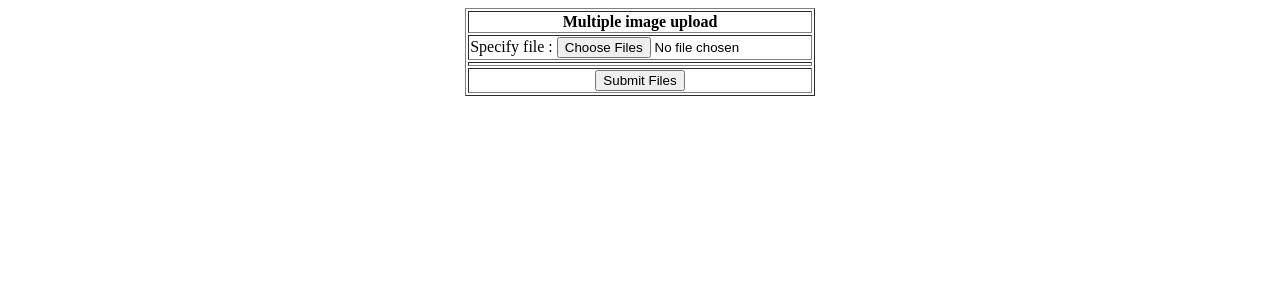
Repository: UnforgivenZZZ/bulldog
Page: http://localhost/bulldog/up.jsp
These files come from the project's save history. The page is drawn as it stood at one moment and after the next save; the edit follows.
The browser window is 1280 px wide. The pictures show the whole page.
The page is served by Tomcat 9.

Above is the page before, as saved 2017-07-18 04:04:28.

After the next save:
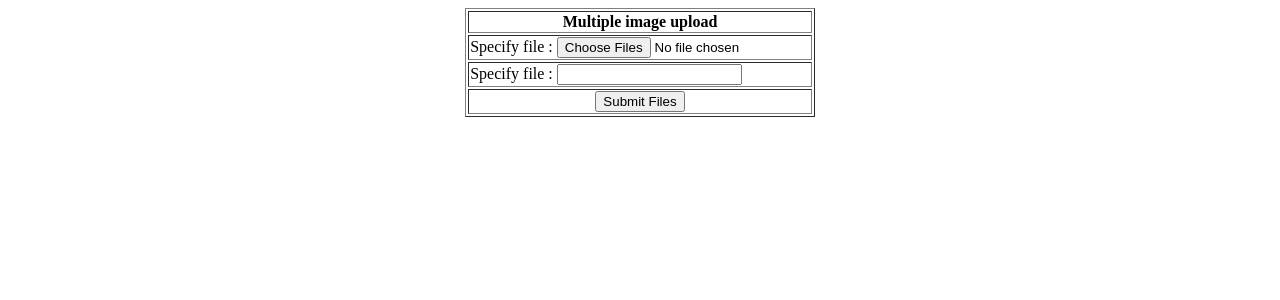
Saved 22 s later.
--- a/bulldog/WebContent/up.jsp
+++ b/bulldog/WebContent/up.jsp
@@ -20,8 +20,8 @@
 				</tr>
 				<tr>
 					<td>
-<!-- 						Specify file : <input name="coverfile" type="file" id="file">
- -->					</td>
+ 						Specify file : <input name="msg" type="text" id="file">
+ 					</td>
 				</tr>
 				<tr>
 					<td align="center">
